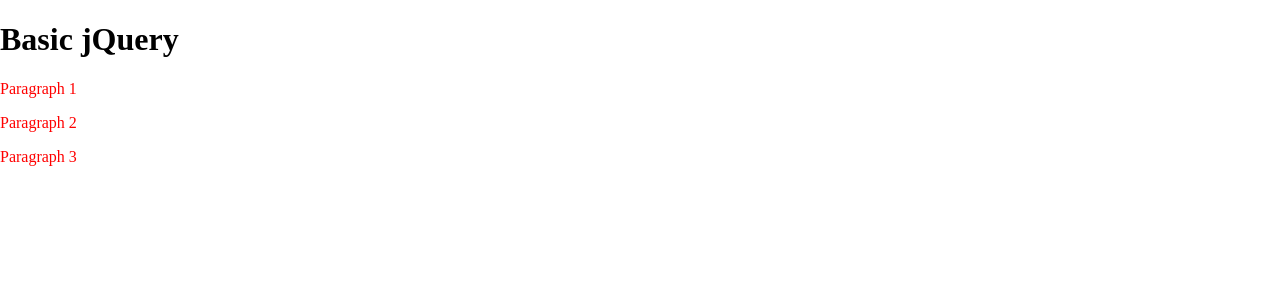
Repository: andyd71/Javascript-Projects
Page: jQuery/jquery.html
An editor plug-in stored every save of this project. The page is shown before and after the next save, followed by the edit.
The browser window is 1280 px wide. The pictures show the whole page.

Above is the page before, as saved 2021-05-07 21:05:23.

### jQuery/jquery.html
<!DOCTYPE html>
<html lang="en">
<head>
    <meta charset="UTF-8">
    <meta http-equiv="X-UA-Compatible" content="IE=edge">
    <meta name="viewport" content="width=device-width, initial-scale=1.0">
    <script src="https://code.jquery.com/jquery-3.6.0.js" integrity="sha256-H+K7U5CnXl1h5ywQfKtSj8PCmoN9aaq30gDh27Xc0jk=" crossorigin="anonymous"></script>
     <title>Document</title>


</head>
<body>

<script>
 $(document).ready(function(){
     $("html").append(
         "<body>\
            <div id='container'>\
                <div id='inner'>\
                    <h1>Basic jQuery</h1>\
                    <p>Paragraph 1</p>\
                    <p>Paragraph 2</p>\
                    <p>Paragraph 3</p>\
                </div>\
            </div>\
        </body>"
     );
     $("p").css({"color":"red"});
    });
</script>
</body>
</html>

After the next save:
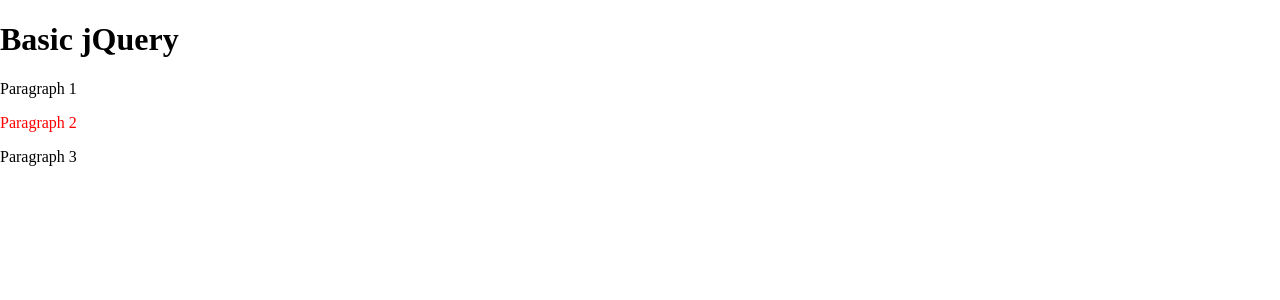
Saved 4 min 6 s later.
--- a/jQuery/jquery.html
+++ b/jQuery/jquery.html
@@ -18,14 +18,14 @@
             <div id='container'>\
                 <div id='inner'>\
                     <h1>Basic jQuery</h1>\
-                    <p>Paragraph 1</p>\
-                    <p>Paragraph 2</p>\
-                    <p>Paragraph 3</p>\
+                    <p id='1'>Paragraph 1</p>\
+                    <p id='2'>Paragraph 2</p>\
+                    <p id='3'>Paragraph 3</p>\
                 </div>\
             </div>\
         </body>"
      );
-     $("p").css({"color":"red"});
+     $("#2").css({"color":"red"});
     });
 </script>
 </body>
